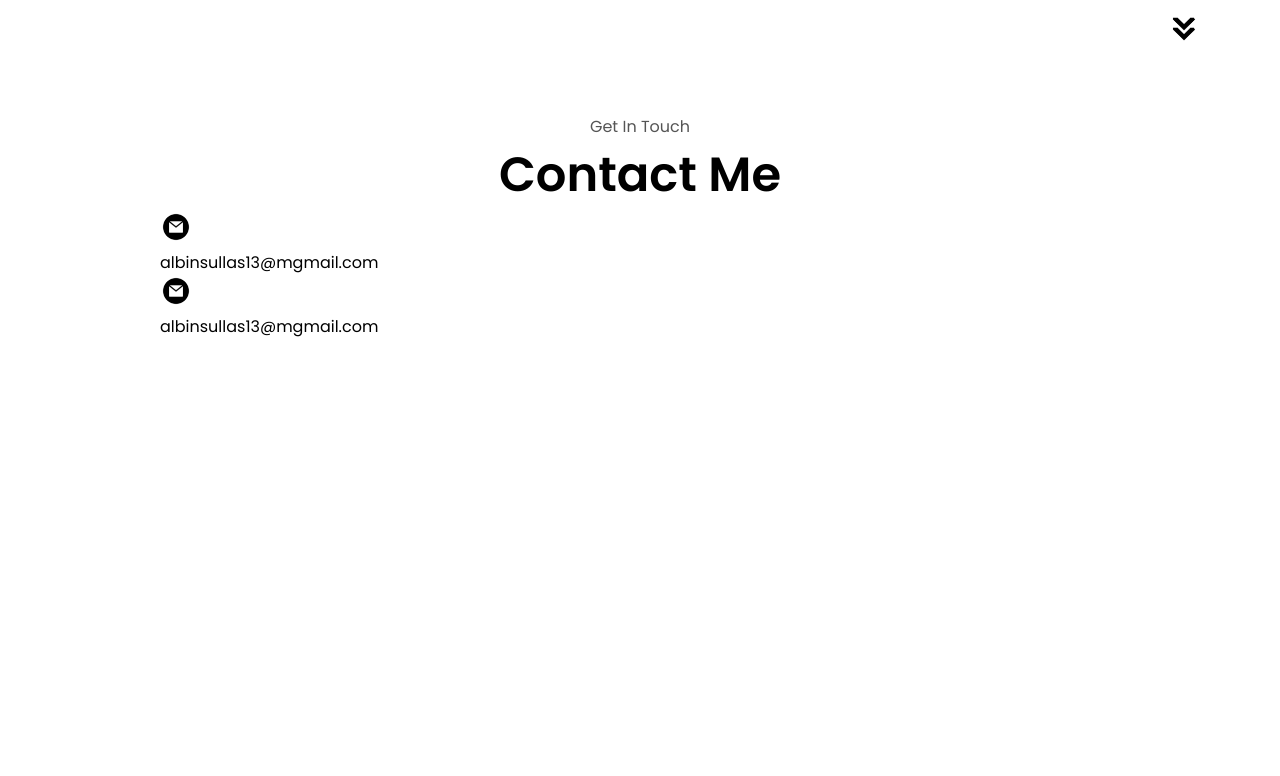
Repository: albinsabu2023/albinsabu
Page: index.html
The author's editor kept a copy of each file at every save. The page is drawn from the files as they stood at one save, then again after the next save.
The browser window is 1280 px wide. The pictures show the part of the page from y = 2687 to 3463 px (the page is 3463 px tall).
A picture or video elsewhere on the page could not be fetched, so the positions and the page height are approximate.

Above is the page before, as saved 2023-08-30 13:47:17.

After the next save:
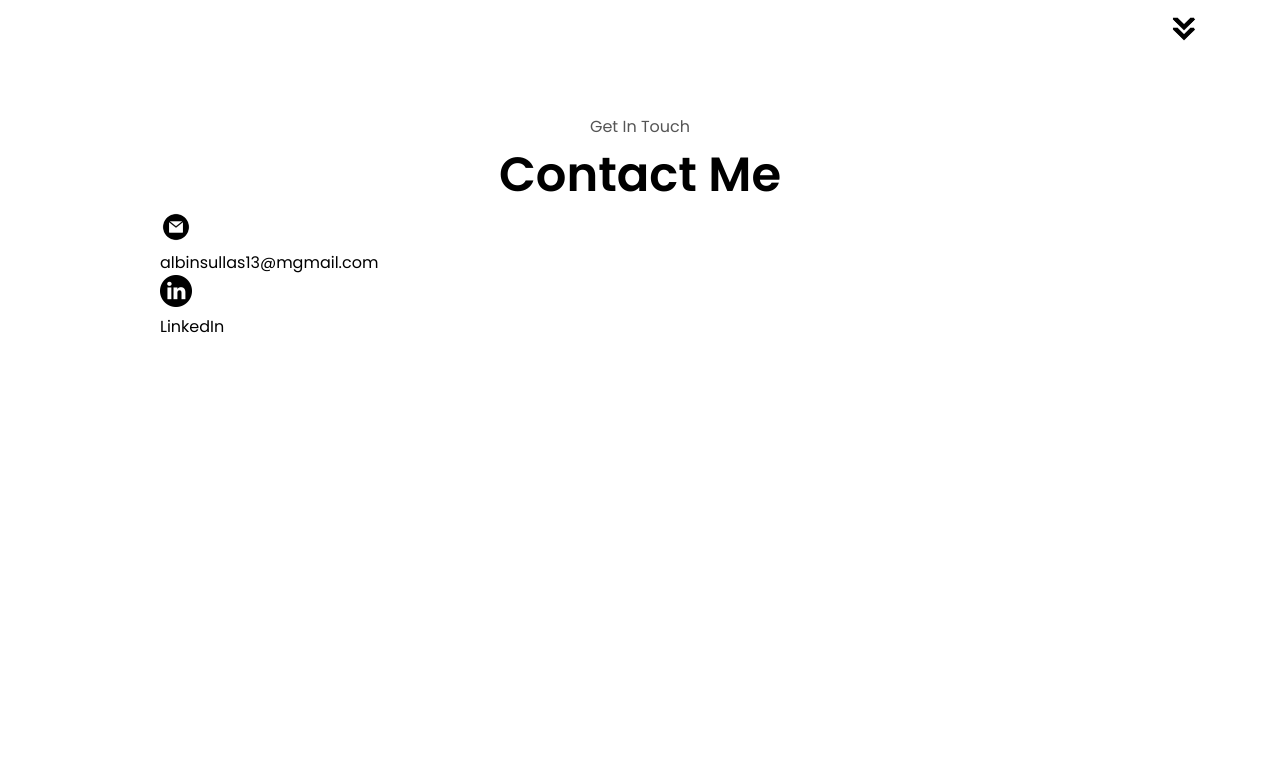
Saved 50 s later.
--- a/index.html
+++ b/index.html
@@ -237,8 +237,8 @@
         </div>
         <div class="contact-info-upper-container">
             <div class="contact-info-container">
-                <img src="./assets/email.png" alt="email icon" class="icon contact-icon">
-                <p><a href="mailto:albinsullas13@gmail.com">albinsullas13@mgmail.com</a></p>
+                <img src="./assets/linkedin.png" alt="linkdin icon" class="icon contact-icon">
+                <p><a href="">LinkedIn</a></p>
             </div>
         </div>
     </section>
